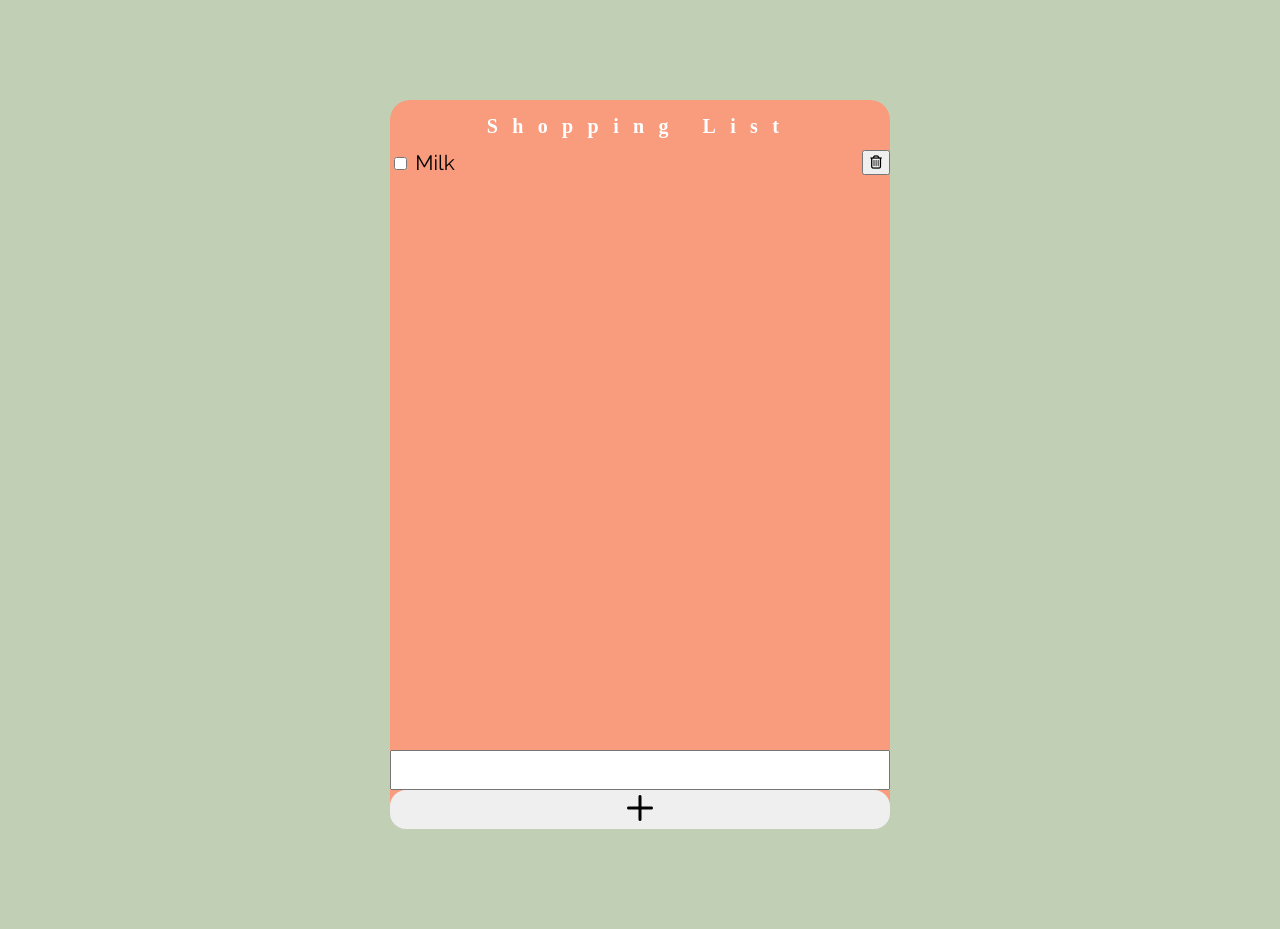
Repository: sephinejo/shopping-list-app
Page: index.html
An editor plug-in stored every save of this project. The page is shown before and after a run of saves, followed by the edit.
The browser window is 1280 px wide. The pictures show the whole page.
Some web fonts or font styles are not loaded; a fallback is used. Some web libraries are served in a nearby version.

Above is the page before, as saved 2023-05-11 23:23:49.

### index.html
<!DOCTYPE html>
<html lang="en">
  <head>
    <meta charset="UTF-8" />
    <meta http-equiv="X-UA-Compatible" content="IE=edge" />
    <meta name="viewport" content="width=device-width, initial-scale=1.0" />
    <title>Shopping List 🛍️🛒</title>
    <link rel="preconnect" href="https://fonts.googleapis.com" />
    <link rel="preconnect" href="https://fonts.gstatic.com" crossorigin />
    <link
      href="https://fonts.googleapis.com/css2?family=Alice&family=Raleway:wght@400;600;700;800&display=swap"
      rel="stylesheet"
    />
    <script
      src="https://kit.fontawesome.com/9ac80604cb.js"
      crossorigin="anonymous"
    ></script>
    <script src="main.js" defer></script>
    <link rel="stylesheet" href="style.css" />
  </head>
  <body>
    <section class="container">
      <header class="header">Shopping List</header>
      <ul class="items">
        <li class="item__row">
          <div class="item">
            <input id="item__checkbox" name="item__checkbox" type="checkbox" />
            <label for="item__checkbox">Milk</label>
          </div>
          <button><i class="fa-regular fa-trash-can"></i></button>
        </li>
      </ul>
      <footer>
        <input class="input" type="text" />
        <button class="footer__button">
          <i class="fa-regular fa-plus"></i>
        </button>
      </footer>
    </section>
  </body>
</html>

### style.css
* {
  box-sizing: border-box;
}

body {
  text-align: center;
  background-color: #c1d0b5;
}

.container {
  margin: 100px auto;
  width: 500px;
  border-radius: 20px;
  background-color: #f99b7d;
}

.header {
  height: 50px;
  padding: 15px;
  text-align: center;
  font-family: 'Alice';
  color: white;
  letter-spacing: 0.9rem;
  font-weight: 700;
  font-size: 20px;
  /* background-color: #e76161; */
}

ul {
  height: 600px;
  margin: 0;
  padding: 0;
}

.item__row {
  list-style: none;
  display: flex;
  justify-content: space-between;
  font-size: 1.3rem;
  font-family: 'Raleway';
  font-weight: 500;
}

footer {
  /* background-color: #b04759; */
  width: 100%;
  display: flex;
  flex-direction: column;
}

.input {
  height: 40px;
  outline: none;
  font-size: 1.4rem;
}

.footer__button {
  border-style: none;
  border-radius: 1rem;
  cursor: pointer;
  font-size: 2rem;
  text-align: center;
}

Loaded but not shown: main.js (no copy from this time; the picture is the same without it)

After the next 2 saves:
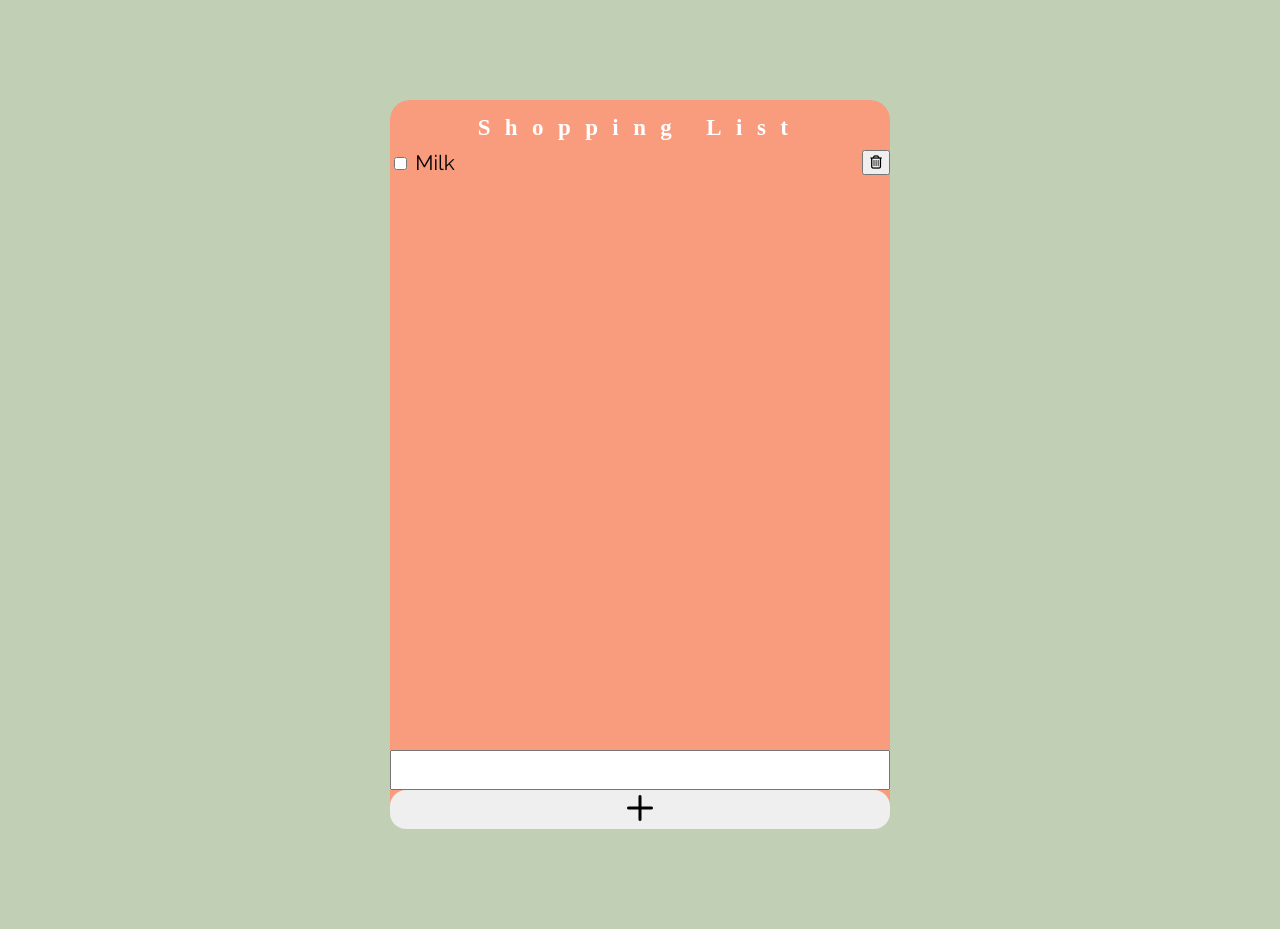
The 2 saves are shown as one change because they came seconds apart.
The last was saved 22 s later.
--- a/style.css
+++ b/style.css
@@ -22,7 +22,7 @@ body {
   color: white;
   letter-spacing: 0.9rem;
   font-weight: 700;
-  font-size: 20px;
+  font-size: 23px;
   /* background-color: #e76161; */
 }
 
